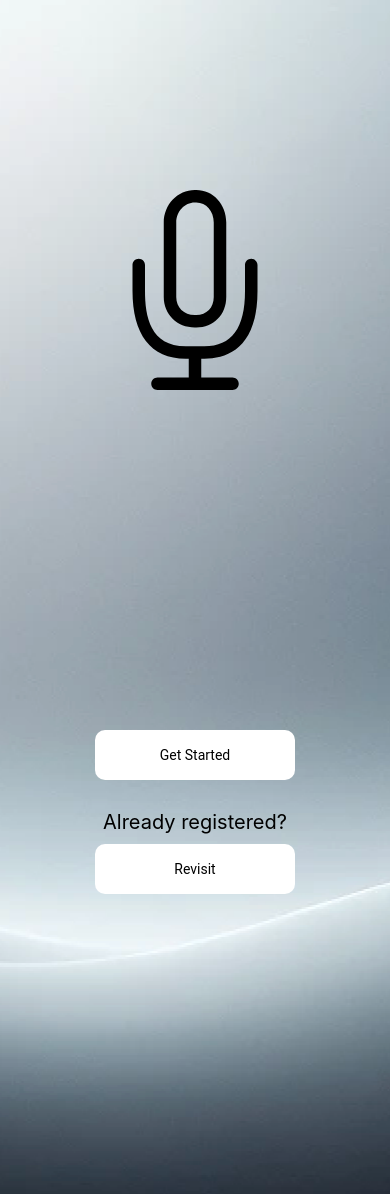
Repository: mortiestmorty1/recordings-app
Screen: / (app in frontend/)
These files come from the project's save history. The screen is drawn as it stood at one moment and after the next save; the edit follows.
The app was drawn by React Native's web renderer in a window 390 px wide. The project was rebuilt for these pictures with package versions that can differ from the ones it lists, and the page was loaded fresh each time. Also part of the build but not shown: frontend/components/registerUser.js.

Above is the screen before, as saved 2024-03-08 01:03:44.

After the next save:
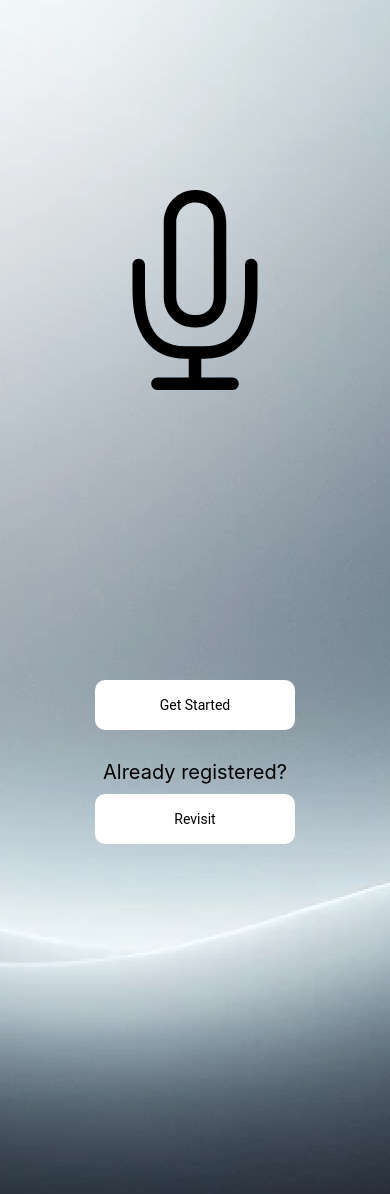
Saved 7 s later.
--- a/frontend/components/firstscreen.js
+++ b/frontend/components/firstscreen.js
@@ -52,7 +52,7 @@ const styles = StyleSheet.create({
   content: {
     justifyContent: 'center',
     alignItems: 'center',
-    top: 250,
+    top: 200,
   },
   btn1: {
     width: 200,
